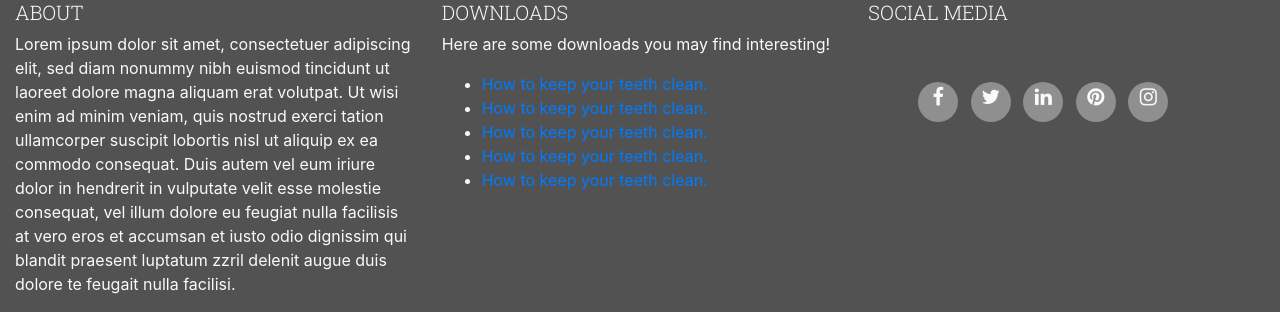
Repository: Code-Institute-Submissions/Rajjabbal-milestone-project
Page: index.html
The author's editor kept a record of every edit. The page is drawn from the files as they stood at one moment, then again after the next edit.
The browser window is 1280 px wide. The pictures show the part of the page from y = 871 to 1683 px (the page is 1183 px tall before and 1683 px after).
Some web libraries are served in a nearby version.

Above is the page before.

### index.html
<!DOCTYPE html>
<html lang="en">

<head>
    <meta charset="UTF-8">
    <meta name="viewport" content="width=device-width, initial-scale=1.0">
    <meta http-equiv="X-UA-Compatible" content="ie=edge">
    <link rel="stylesheet" href="https://stackpath.bootstrapcdn.com/bootstrap/4.2.1/css/bootstrap.min.css" type="text/css" />
    <link rel="stylesheet" href="https://stackpath.bootstrapcdn.com/font-awesome/4.7.0/css/font-awesome.min.css" type="text/css" />
    <link rel="stylesheet" href="assets/css/style.css" type="text/css" />
    <link rel="stylesheet" href="https://cdnjs.cloudflare.com/ajax/libs/hover.css/2.3.1/css/hover-min.css" type="text/css" />
    <title>Milestone Project 1</title>
</head>

<body>
    <header>
        <div class="row no-gutters">
            <div class="col-md-12">
                <ul id="nav" class="list-inline menucontainer">
                    <li class="col-sm-2 ui-menu-color-home list-inline-item menuitem">
                        <a href="#" class="hvr-sweep-to-bottom"><i class="fa fa-home" aria-hidden="true"></i><span>Home</span>
                        </a>
                    </li>
                    <li class="col-sm-2 ui-menu-color-dental list-inline-item menuitem">
                        <a href="#" class="hvr-sweep-to-bottom"><i class="fa fa-apple" aria-hidden="true"></i><span>Dental Treatment</span>
                        </a>
                    </li>
                    <li class="col-sm-2 ui-menu-color-periodontal list-inline-item menuitem">
                        <a href="#" class="hvr-sweep-to-bottom"><i class="fa fa-ambulance" aria-hidden="true"></i><span>Periodontal Treatment</span>
                        </a>
                    </li>
                    <li class="col-sm-2 ui-menu-color-contact list-inline-item menuitem">
                        <a href="#" class="hvr-sweep-to-bottom"><i class="fa fa-envelope-square" aria-hidden="true"></i><span>Contact</span>
                        </a>
                    </li>
                    <li class="col-sm-4 ui-menu-color-statement list-inline-item menuitem">
                        <i class="fa fa-ad" aria-hidden="true"></i>
                        <span>An advanced interactive platform to give you insight into any dental symptom ever!</span>
                    </li>
                </ul>
            </div>
        </div>
        <div class="row no-gutters">
            <a href="index.html" class="col-md-12 logo"></a>
        </div>
        <div class="row no-gutters bg-color-question">
            <div class="col-md-12 question">
                <a href="question"> What dental symptoms do you have?</a>
            </div>
        </div>
        <div class="col-md-12 picture">
        </div>

    </header>

    <section>

    </section>

    <footer class="container-fluid">
        <div class="row">
            <div class="col-sm-4">
                <h5 class="uppercase general-sub">About</h5>
                <p class="inline-block">
                    Lorem ipsum dolor sit amet, consectetuer adipiscing elit, sed diam nonummy nibh euismod tincidunt ut laoreet dolore magna aliquam erat volutpat. Ut wisi enim ad minim veniam, quis nostrud exerci tation ullamcorper suscipit lobortis nisl ut aliquip ex
                    ea commodo consequat. Duis autem vel eum iriure dolor in hendrerit in vulputate velit esse molestie consequat, vel illum dolore eu feugiat nulla facilisis at vero eros et accumsan et iusto odio dignissim qui blandit praesent luptatum
                    zzril delenit augue duis dolore te feugait nulla facilisi.
                </p>
            </div>
            <div class="col-sm-4">
                <h5 class="uppercase general-sub">Downloads</h5>
                <p>Here are some downloads you may find interesting!
                </p>
                <ul class="inline-block">
                    <li>
                        <a href="#" target="_blank" class="link1">
                        <span>How to keep your teeth clean.</span>
                    </a>
                    </li>
                    <li>
                        <a href="#" target="_blank" class="link2">
                        <span>How to keep your teeth clean.</span>
                    </a>
                    </li>
                    <li>
                        <a href="#" target="_blank" class="link3">
                        <span>How to keep your teeth clean.</span>
                    </a>
                    </li>
                    <li>
                        <a href="#" target="_blank" class="link4">
                        <span>How to keep your teeth clean.</span>
                    </a>
                    </li>
                    <li>
                        <a href="#" target="_blank" class="link5">
                        <span>How to keep your teeth clean.</span>
                    </a>
                    </li>
                </ul>
            </div>
            <div class="col-sm-4">
                <h5 class="uppercase general-sub">Social Media</h5>
                <ul class="list-inline social-links">
                    <li class="list-inline-item">
                        <a target="_blank" href="#">
                            <i class="fa fa-facebook" aria-hidden="true"></i>
                            <span class="sr-only">Facebook</span>
                        </a>
                    </li>
                    <li class="list-inline-item">
                        <a target="_blank" href="#">
                            <i class="fa fa-twitter" aria-hidden="true"></i>
                            <span class="sr-only">Twitter</span>
                        </a>
                    </li>
                    <li class="list-inline-item">
                        <a target="_blank" href="#">
                            <i class="fa fa-linkedin" aria-hidden="true"></i>
                            <span class="sr-only">Linkedin</span>
                        </a>
                    </li>
                    <li class="list-inline-item">
                        <a target="_blank" href="#">
                            <i class="fa fa-pinterest" aria-hidden="true"></i>
                            <span class="sr-only">Pinterest</span>
                        </a>
                    </li>
                    <li class="list-inline-item">
                        <a target="_blank" href="#">
                            <i class="fa fa-instagram" aria-hidden="true"></i>
                            <span class="sr-only">Instagram</span>
                        </a>
                    </li>
                </ul>
            </div>

        </div>

    </footer>

</body>

</html>

### assets/css/style.css
@import url('https://fonts.googleapis.com/css?family=Roboto+Slab:100,200,300,400,500,600,700');

/*-----colors-----*/

.bg-color-question {
    background-color: #FFC300;

}

.ui-menu-color-home {
    background-color: RGB(88, 24, 69);
}

.ui-menu-color-dental {
    background-color: RGB(144, 12, 63);
}

.ui-menu-color-periodontal {
    background-color: RGB(199, 0, 57);
}

.ui-menu-color-contact {
    background-color: RGB(255, 87, 51);
}

.ui-menu-color-statement {
    background-color: RGB(23, 32, 42);
}

/*-----Special paddings/margins/text-----*/

h1,
h2,
h3,
h4 {
    margin: 0;
}

.uppercase {
    text-transform: uppercase;

}

.general-sub {
    font-family: "Roboto Slab", sans-serif;
    font-weight: 300;
    color: #fafafa;
}

.inline-block {
    display: inline-block;
}

/*-----heading-----*/

header {
    margin: 0px;
}

.list-inline-item:not(:last-child) {
    max-height: 80px;

}

.menucontainer {
    font-size: 0;

}

#nav {
    margin: 0;
}

#nav li {
    font-size: 14px;
    font-family: "Roboto Slab", sans-serif;
    color: #DAF7A6;
    padding: 0;
}

.menuitem {
    height: 80px;
    text-align: center;
}

.menuitem a {
    width: 100%;
    text-decoration: none;
    color: #fff;
}

.menuitem a i {
    padding-top: 20px;
    display: block;
    color: #fafafa;
}

.menuitem span {
    display: block;
    width: 100%;
    padding-top: 5px;
    text-align: center;
    text-transform: uppercase;
    font-size: 14px;
    font-weight: 300;
    letter-spacing: 2px;
}

.logo {
    background: url("../images/CEP-Logo DENTAL.png");
    background-position: center;
    background-repeat: no-repeat;
    background-size: 1400px;
    min-height: 400px;
    padding: 0px;
    transition: all .5s ease-in-out;
    -moz-transition: all .5s ease-in-out;
    -webkit-transition: all .5s ease-in-out;
}

.picture {
    background: url("../images/BK.jpg");
    background-position: center;
    background-repeat: no-repeat;
    background-size: cover;
    min-height: 240px;
    transition: all .5s ease-in-out;
    -moz-transition: .5s ease-in-out;
    -webkit-transition: .5s ease-in-out;
}

.question {
    font-family: "Roboto Slab", sans-serif;
    font-weight: 500;
    font-size: 40px;
    margin: 0px;
    color: #ffffff;
    text-align: center;
}

/*-----hover.css-----*/

.hvr-sweep-to-bottom:before {
    background: rgba(0, 0, 0, 1);
    height: 80px;
}
/*-----section-----*/

.blurb {
    background-color: #4d0000;
    min-height: 500px;
    padding: 0;
    color: #ff8080;
}




/*-----footer-----*/

footer {
    background-color: #525252;
    color: #fafafa;
    min-height: 180px;
    margin: 0;
}

.social-links {
    padding: 50px;
}

.social-links li a i {
   width: 40px;
   height: 40px;
   padding: 12px 0;
   border-radius: 50%;
   font-size: 20px;
   line-height: 7px;
   text-align: center;
   color: #fafafa;
   background: #8f8f8f;
   transition: all 0.35s ease-in-out;
   -moz-transition: all 0.35s ease-in-out;
   -webkit-transition: all 0.35s ease-in-out;
   -o-transition: all 0.35s ease-in-out;
}

.social-links li a i: hover {
    background: #e84610;
}

After the next edit:
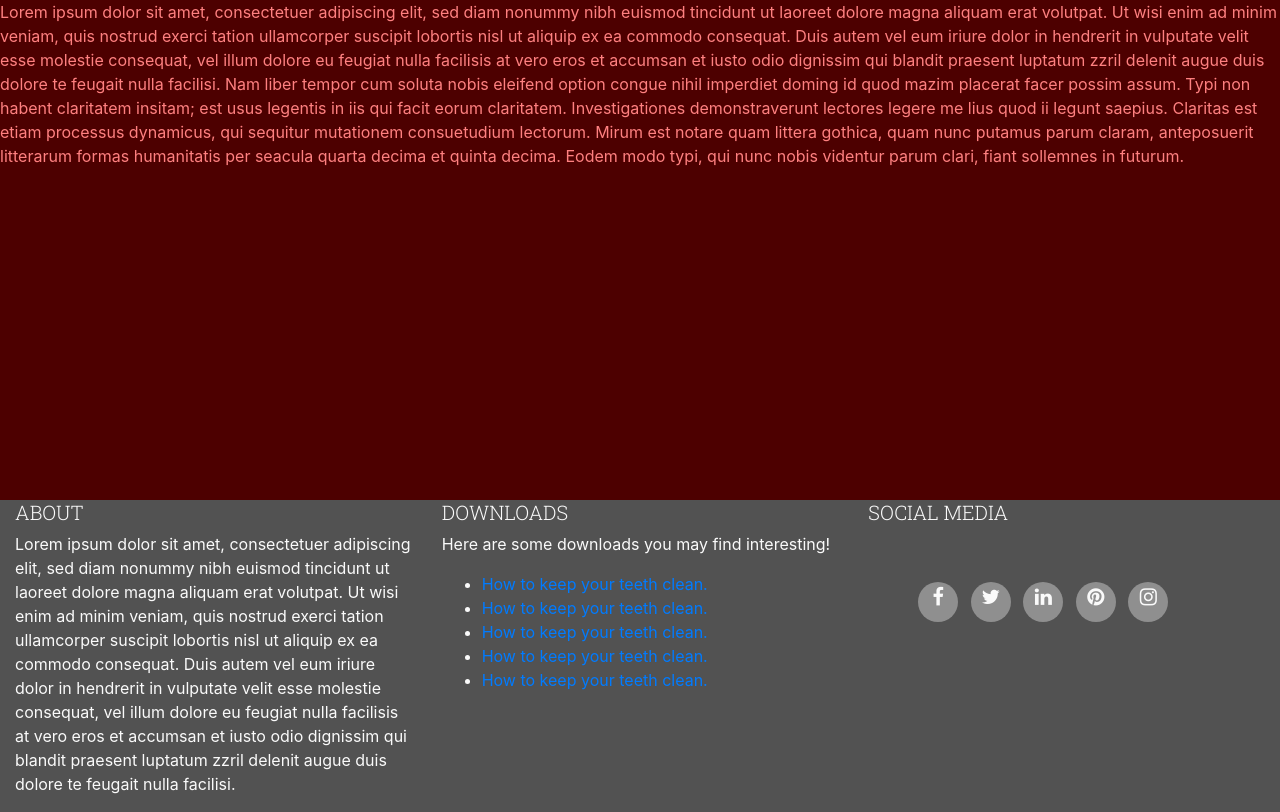
The edit:
--- a/index.html
+++ b/index.html
@@ -54,7 +54,14 @@
     </header>
 
     <section>
-
+        <div class="col-md-12 blurb">
+            <p>Lorem ipsum dolor sit amet, consectetuer adipiscing elit, sed diam nonummy nibh euismod tincidunt ut laoreet dolore magna aliquam erat volutpat. Ut wisi enim ad minim veniam, quis nostrud exerci tation ullamcorper suscipit lobortis nisl ut
+                aliquip ex ea commodo consequat. Duis autem vel eum iriure dolor in hendrerit in vulputate velit esse molestie consequat, vel illum dolore eu feugiat nulla facilisis at vero eros et accumsan et iusto odio dignissim qui blandit praesent
+                luptatum zzril delenit augue duis dolore te feugait nulla facilisi. Nam liber tempor cum soluta nobis eleifend option congue nihil imperdiet doming id quod mazim placerat facer possim assum. Typi non habent claritatem insitam; est usus
+                legentis in iis qui facit eorum claritatem. Investigationes demonstraverunt lectores legere me lius quod ii legunt saepius. Claritas est etiam processus dynamicus, qui sequitur mutationem consuetudium lectorum. Mirum est notare quam littera
+                gothica, quam nunc putamus parum claram, anteposuerit litterarum formas humanitatis per seacula quarta decima et quinta decima. Eodem modo typi, qui nunc nobis videntur parum clari, fiant sollemnes in futurum.
+                </p>
+        </div>
     </section>
 
     <footer class="container-fluid">
